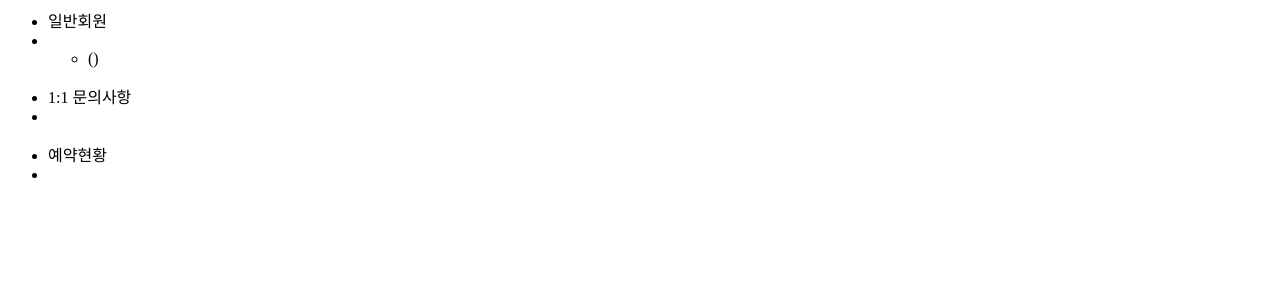
Repository: mnemion/portfolio3
Page: http://localhost/portfolio/main.jsp
These files come from the project's save history. The page is drawn as it stood at one moment and after the next save; the edit follows.
The browser window is 1280 px wide. The pictures show the whole page.
The page is served by Tomcat 9. Other server files are loaded and not shown.

Above is the page before, as saved 2023-10-05 08:26:27.

### portfolio/src/main/webapp/main.jsp
<%@ page language="java" contentType="text/html; charset=UTF-8"
    pageEncoding="UTF-8"%>
<section>
<form id="f" method="get" action="./admin_main.do">
   <div class="ad_top"></div>
 <div class="ad_mainall">
   <div class="ad_main">
	  <div class="ad_main1">
	      <ul>
	          <li class="ad_maintitle">일반회원</li>
	          <li class="ad_mainbox">
	              <ul>
	                  <th:each var="member" items="${members}">
	                      <li>${member.name} (${member.username})</li>
	                  </th:each>
	              </ul>
	          </li>
	      </ul>
  	  </div>
	</div>
   <div class="ad_main">
      <div class="ad_main1">
         <ul>
            <li class="ad_maintitle">1:1 문의사항</li>
            <li class="ad_mainbox"></li>
         </ul>
      </div>
   </div>
   <div class="ad_main">
      <div class="ad_main1">
         <ul>
            <li class="ad_maintitle">예약현황</li>
            <li class="ad_mainbox"></li>
         </ul>
      </div>
   </div>
 </div>
<div class="ad_botom"></div>
</form>
</section>

After the next save:
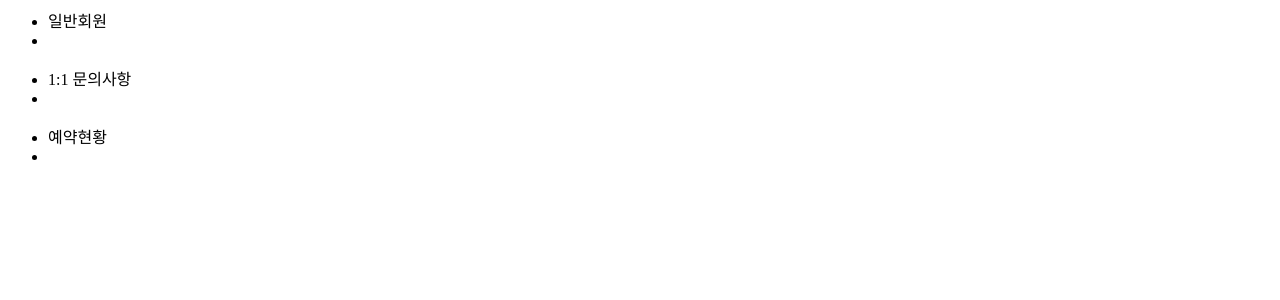
Saved 9 s later.
--- a/portfolio/src/main/webapp/main.jsp
+++ b/portfolio/src/main/webapp/main.jsp
@@ -1,23 +1,16 @@
 <%@ page language="java" contentType="text/html; charset=UTF-8"
     pageEncoding="UTF-8"%>
 <section>
-<form id="f" method="get" action="./admin_main.do">
-   <div class="ad_top"></div>
+   <div class="ad_top" ></div>
  <div class="ad_mainall">
    <div class="ad_main">
-	  <div class="ad_main1">
-	      <ul>
-	          <li class="ad_maintitle">일반회원</li>
-	          <li class="ad_mainbox">
-	              <ul>
-	                  <th:each var="member" items="${members}">
-	                      <li>${member.name} (${member.username})</li>
-	                  </th:each>
-	              </ul>
-	          </li>
-	      </ul>
-  	  </div>
-	</div>
+      <div class="ad_main1">
+         <ul>
+            <li class="ad_maintitle">일반회원</li>
+            <li class="ad_mainbox"></li>
+         </ul>
+      </div>
+   </div>
    <div class="ad_main">
       <div class="ad_main1">
          <ul>
@@ -36,5 +29,4 @@
    </div>
  </div>
 <div class="ad_botom"></div>
-</form>
 </section>
